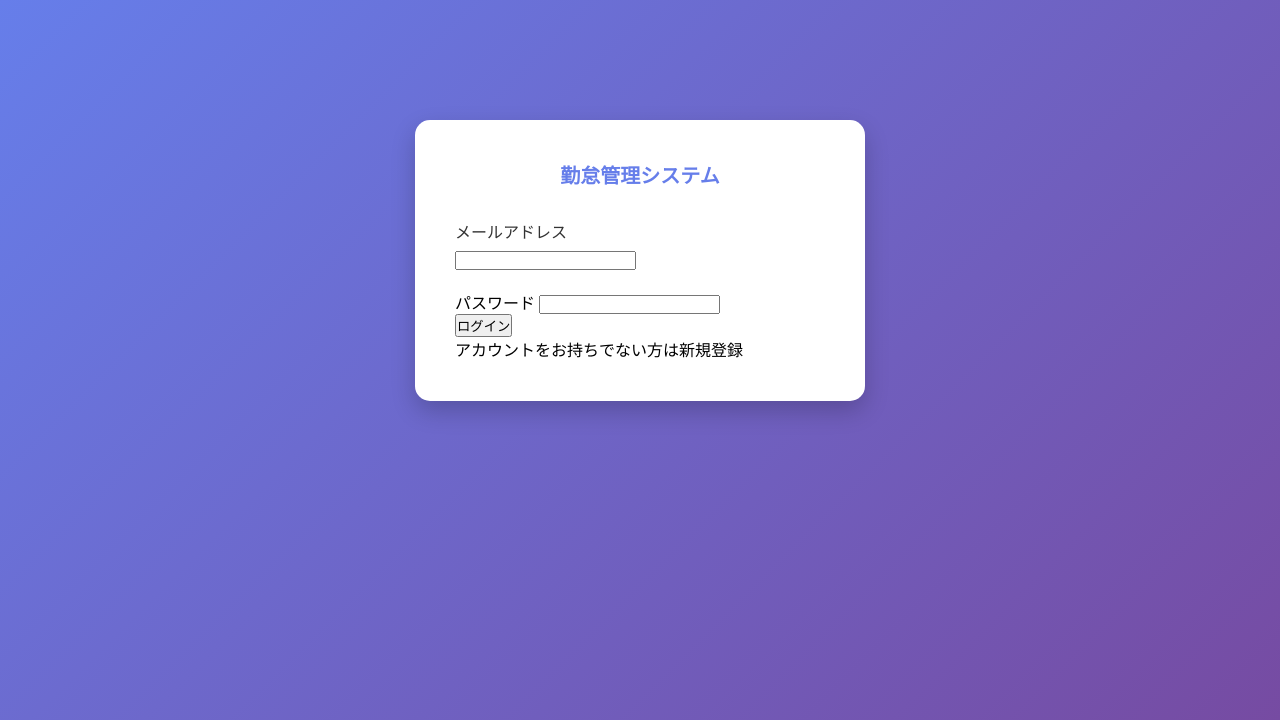
Repository: 04bit/WEB_HCJ
Page: index.html
An editor plug-in stored every save of this project. The page is shown before and after the next save, followed by the edit.
The browser window is 1280 px wide. The pictures show the whole page.

Above is the page before, as saved 2025-11-25 15:21:47.

### index.html
<!DOCTYPE html>
<html lang="ja">
<head>
    <meta charset="UTF-8">
    <meta name="viewport" content="width=device-width, initial-scale=1.0">
    <title>勤怠管理システム</title>
    <link rel="stylesheet" href="style.css">
</head>
<body>
    <div class="auth-container">
        <h1>勤怠管理システム</h1>
        <div></div>
        <form>
            <div class="form-group">
                <label>メールアドレス</label>
                <input type="email" id="loginEmail" required>
            </div>
            <div>
                <label>パスワード</label>
                <input type="password" id="loginPassword" required>
            </div>
            <button type="submit">ログイン</button>
        </form>
        <div>
            アカウントをお持ちでない方は<a>新規登録</a>
        </div>
    </div>
</body>
</html>

### style.css
@charset "UTF-8";

* {
    margin: 0;
    padding: 0;
    box-sizing: border-box;
}

body {
    font-family: 'Segoe UI' sans-serif;
    background: linear-gradient(135deg, #667eea 0%, #764ba2 100%);
    min-height: 100vh;
    padding: 20px;
}

.auth-container {
    max-width: 450px;
    margin: 100px auto;
    background: white;
    padding: 40px;
    border-radius: 15px;
    box-shadow: 0 10px 25px rgba(0,0,0,0.2);
}

.auth-container h1 {
    color: #667eea;
    text-align: center;
    margin-bottom: 30px;
    font-size: 20px;
}

.form-group {
    margin-bottom: 20px;
}

.form-group label {
    display: block;
    margin-bottom: 8px;
    color: #333;
    font-weight: 500;
}

After the next save:
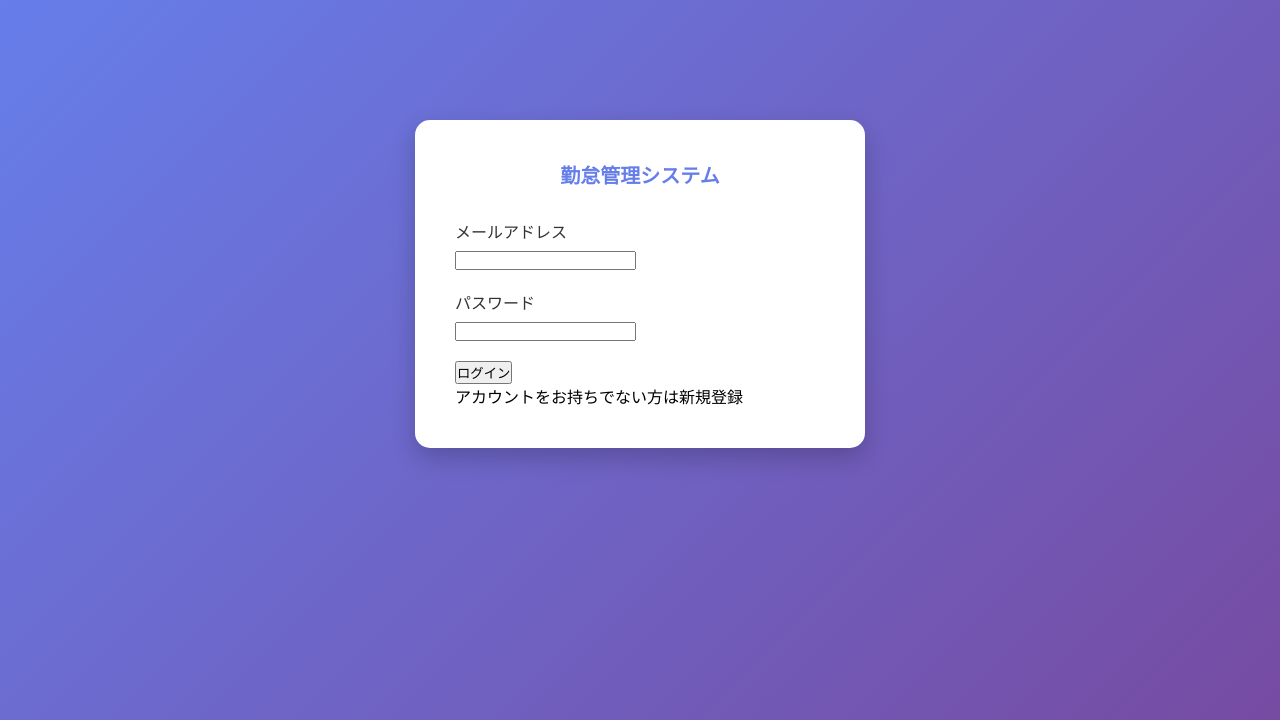
Saved 28 s later.
--- a/index.html
+++ b/index.html
@@ -15,7 +15,7 @@
                 <label>メールアドレス</label>
                 <input type="email" id="loginEmail" required>
             </div>
-            <div>
+            <div class="form-group">
                 <label>パスワード</label>
                 <input type="password" id="loginPassword" required>
             </div>
